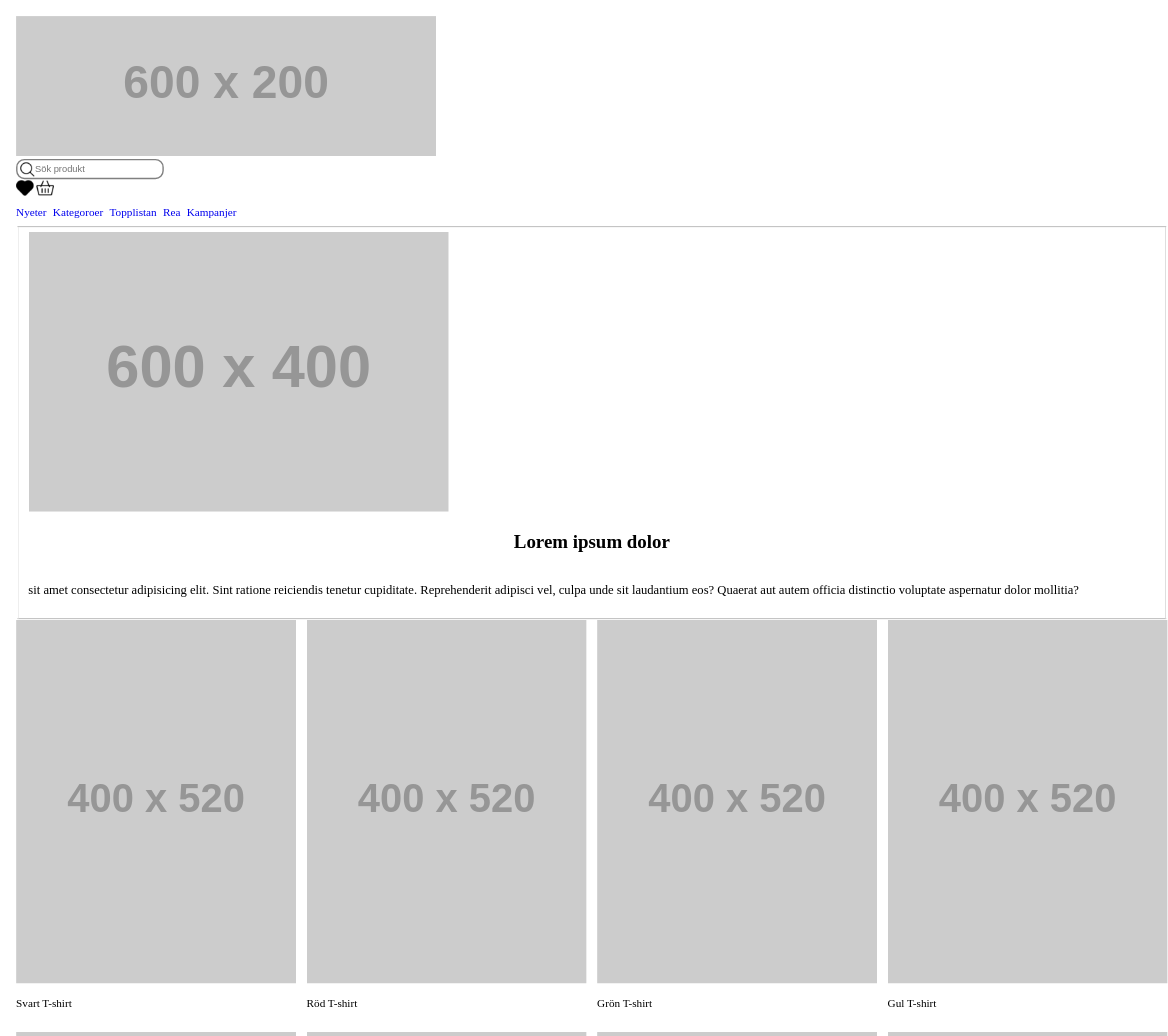
Repository: Kalle1995/project
Page: index.html
An editor plug-in stored every save of this project. The page is shown before and after the next save, followed by the edit.
The browser window is 1280 px wide. The page is 1668 px wide, then 1280 px, so the pictures cover 1668 px, including what lies to the right of the window. The pictures show the part of the page from y = 0 to 1480 px (the page is 2107 px tall before and 1861 px after), at 70% of full size.

Above is the page before, as saved 2024-10-05 21:11:40.

### index.html
<!DOCTYPE html>
<html lang="sv">

<head>
  <meta charset="UTF-8" />
  <meta name="viewport" content="width=device-width, initial-scale=1.0" />
  <title>Freaky Fashion</title>

  <link rel="stylesheet" href="main.css" />
</head>

<body>
  <header>
    <section>
      <div class="wholeHead">
        <img src="https://placehold.co/600x200 " width="600" height="200" alt="icon" class="icon" />

        <div class="searchAndIcons">
          <input type="search" placeholder="Sök produkt" class="search">
          <div class="headIcons">
            <a href="#"><img src="bilder/full heart.png" alt="favourite"></a>
            <a href="#"><img src="bilder/cart.png" alt="cart"></a>
          </div>
        </div>
      </div>

      <!-- jag behöver fixa att man kan sriva och iconen förvinner -->
      <!-- om, jag har div för input typ så den ta hela raden -->

      <div>
        <nav class="NavList">
          <ul>
            <li class="nav-list-item"><a href="#">Nyeter</a></li>
            <li class="nav-list-item hide-on-mobile ejnav"><a href="#">Kategoroer</a></li>
            <li class="nav-list-item"><a href="#">Topplistan</a></li>
            <li class="nav-list-item"><a href="#">Rea</a></li>
            <li class="nav-list-item"><a href="#">Kampanjer</a></li>
          </ul>
        </nav>
      </div>

      <!-- <dl> och <dt> använda man i detta falet  -->

    </section>
  </header>

  <main>
    <section class="mid">
      <article>
        <fieldset class="head">
          <img class="head-image" src="https://placehold.co/600x400" alt="" class="loremPic">
          <h2 class="head-title">Lorem ipsum dolor</h2>
          <p class="head-text">
            <br>sit amet consectetur adipisicing elit. Sint ratione reiciendis tenetur cupiditate. Reprehenderit
            adipisci
            vel, culpa unde sit laudantium eos? Quaerat aut autem officia distinctio voluptate aspernatur dolor
            mollitia?
          </p>
        </fieldset>
      </article>
    </section>
    <section class="products">
      <!-- grid container -->
      <div class="product">
        <!-- <img src="bilder/full heart.png" alt=""> -->
        <img class="product-pic" src="https://placehold.co/400x520/png?text=Black+T-shirt" alt="Svart T-shirt" />
        <p>Svart T-shirt</p>
      </div>

      <div class="product">
        <img class="product-pic" src="https://placehold.co/400x520/png?text=Red+T-shirt" alt="" />
        <p>Röd T-shirt</p>
      </div>

      <div class="product">
        <img class="product-pic" src="https://placehold.co/400x520/png?text=Green+T-shirt" alt="" />
        <p>Grön T-shirt</p>
      </div>

      <div class="product">
        <img class="product-pic" src="https://placehold.co/400x520/png?text=Gul+T-shirt" alt="" />
        <p>Gul T-shirt</p>

      </div>

      <div class="product">
        <img class="product-pic" src="https://placehold.co/400x520/png?text=Red+T-shirt" alt="">
        <p>Röd T-shirt</p>
      </div>

      <div class="product">
        <img class="product-pic" src="https://placehold.co/400x520/png?text=Red+T-shirt" alt="">
        <p>Röd T-shirt</p>
      </div>

      <div class="product">
        <img class="product-pic" src="https://placehold.co/400x520/png?text=Red+T-shirt" alt="">
        <p>Röd T-shirt</p>
      </div>

      <div class="product">
        <img class="product-pic" src="https://placehold.co/400x520/png?text=Red+T-shirt" alt="">
        <p>Röd T-shirt</p>
      </div>
    </section>
  </main>

  <br>

  <footer>
    <div class="Company">&copy; Freaky Fashion</div>
  </footer>
</body>

</html>

### main.css
body {
    padding: 15px;
    font-size: 2em;
    display: grid;

}


.head-title {
    text-align: center;
}

.products {
    display: grid;
    gap: 15px;
}

ul {
    list-style-type: none;
    margin: 0;
    padding: 0;

}

.search {
    border: 2px solid gray;
    border-radius: 12px;
    padding: 5px;
    display: inline;
    background-image: url(bilder/search.png);
    background-repeat: no-repeat;
    background-position: 4px;
    padding-left: 25px;

}

.NavList {
    display: block;
    padding-bottom: 10px;
    padding-top: 10px;

}

.hide-on-mobile {
    display: none;
}

.nav-list-item {
    a {
        text-decoration: none;
    }
}

@media (max-width: 640px) {
    .mid {
        position: relative;
        display: block;
        font-size: medium;
    }

    li {
        margin-bottom: 3px;
    }

    /* .icon {
        -ms-flex: 100%;
        felx: 100%;
        max-width: 100%;;
    }
        */

    .search {
        width: 75%;

    }

    .icon {
        width: 100%;
    }

    .searchAndIcons {
        display: flex;
    }
}

@media (min-width: 640px) {
    .products {
        grid-template-columns: repeat(2, 1fr);

        .headicons {
            padding-left: 95%;
        }
    }

    .wholeHead {
        display: inline;
    }

    .mid {
        position: relative;
        display: block;
        font-size: large;
    }
}

body {
    font-size: 1.5em;
}

@media (min-width: 1024px) {
    .products {
        grid-template-columns: repeat(4, 1fr);
    }

    body {
        font-size: 1em;
    }

    .listan {
        display: flex;
    }

    li {
        display: inline;
        margin-right: 5px;
    }

    .hide-on-mobile {
        display: inline-block;
    }
}





/*
    @media (max-width:1024px) {
        .ejnav {
            display: none;
        }

      }
*/



/*
      @media print {
        body {
            font-size: 4em;
        }
        img {
            display: none;
        }
      }
*/



/*
här för Nyproduckt sidan
*/


header>h3 {
    position: absolute;
    left: 10px;
    bottom: auto;
}

.vänster {
    display: grid;
    grid-template-rows: 100%;
    background-color: gray;
}


.liggTill {
    hero-text button: hover
}


/*
kassa sidan
*/

.kassa {
    text-align: center;

}






.buy>button {
    display: grid;
    align-items: center;
    width: 80px;
    height: 30px;
    background-color: rgb(255, 255, 255);
    margin-left: 50%;
    font-weight: bold;
    border-radius: 10px;

}


.no-space {
    margin: 0;
    padding: 0;
    border: none;
    border-top: 1px solid black;
    /* Valfri färg eller stil på linjen */
}


.omOss {
    padding: 15px;
    background-color: rgb(207, 206, 206)
}

.list-container {
    display: inline-flex;
    justify-content: space-between;
    /* Ser till att listorna sprids ut jämnt */
    gap: 150px;
    /* Mellanrum mellan listorna */
}

.list {
    flex: 1;
    /* Gör att listorna tar upp lika mycket plats */
    padding-left: 15px;
}

.list h3 {
    margin-bottom: 20px;
}

.list li {
    list-style-type: none;
    /* ingen punkter i listan */
    padding: 0;
}

.list li ul {
    margin-bottom: 10px;
}




/*
Administration
*/

.AD {
    width: 115%;
    padding-left: 15px;
    margin-left: -25px;
    margin-top: -25px;
    float: left;
    font-style: normal;
    background-color: rgb(0, 0, 0);
    position: relative;
    display: flex;
    color: white;
}

.PR {
    background-color: rgb(209, 209, 208);
    height: auto;
    margin-left: -25px;
    padding-left: 20px;
    margin-right: auto;
    padding-right: 70px;
    padding-top: 15px;
    font-weight: bold;
    position: relative;
}

.AR {
    position: relative;
    ;
    left: 200px;
    top: -40px;

}













/*

.Company{
    text-align: center;
    bottom: auto;
}

After the next save:
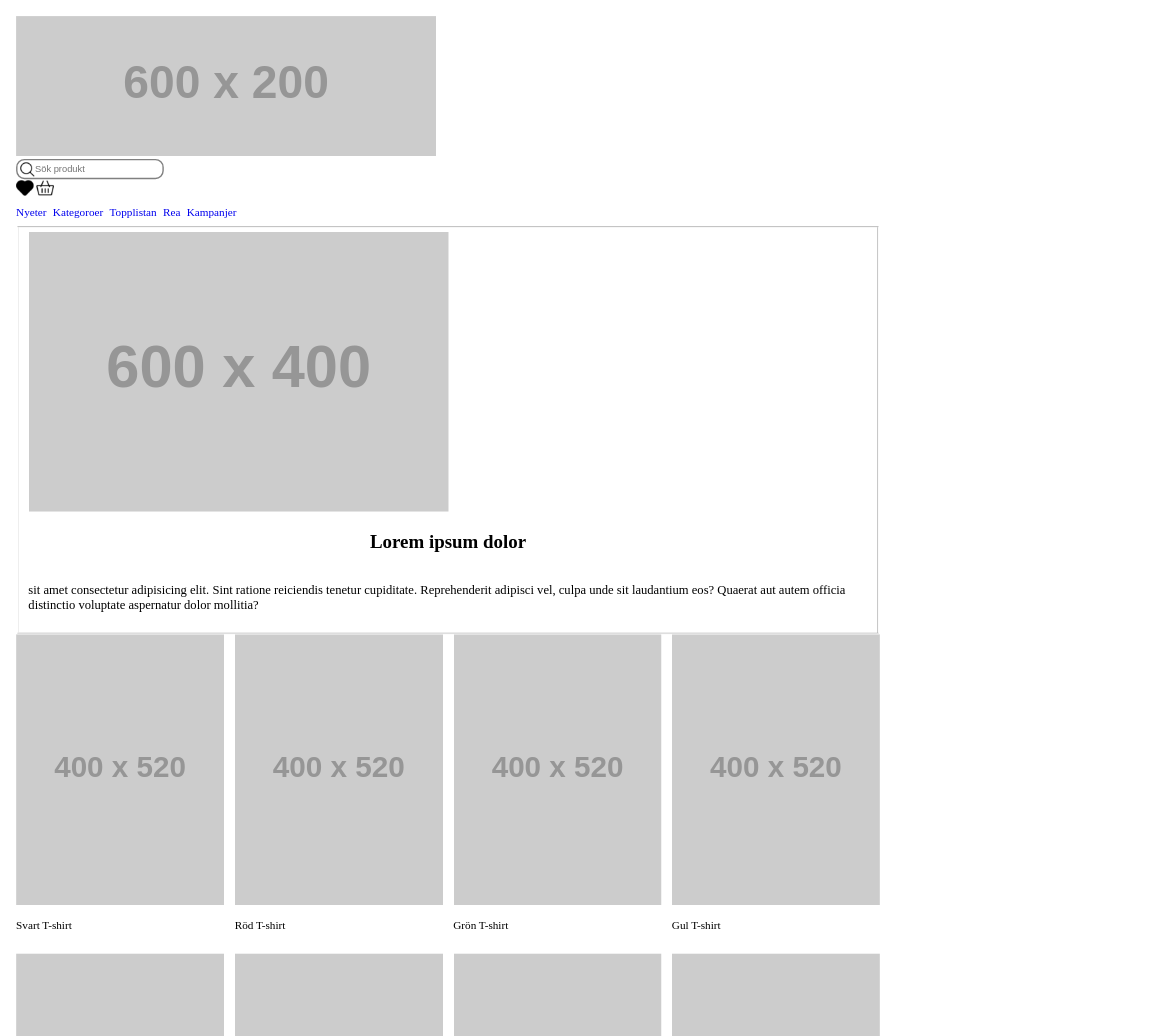
Saved 3 min 30 s later.
--- a/main.css
+++ b/main.css
@@ -49,6 +49,11 @@ ul {
     a {
         text-decoration: none;
     }
+}
+
+.product-pic {
+    width: 100%;
+    height: auto;
 }
 
 @media (max-width: 640px) {
